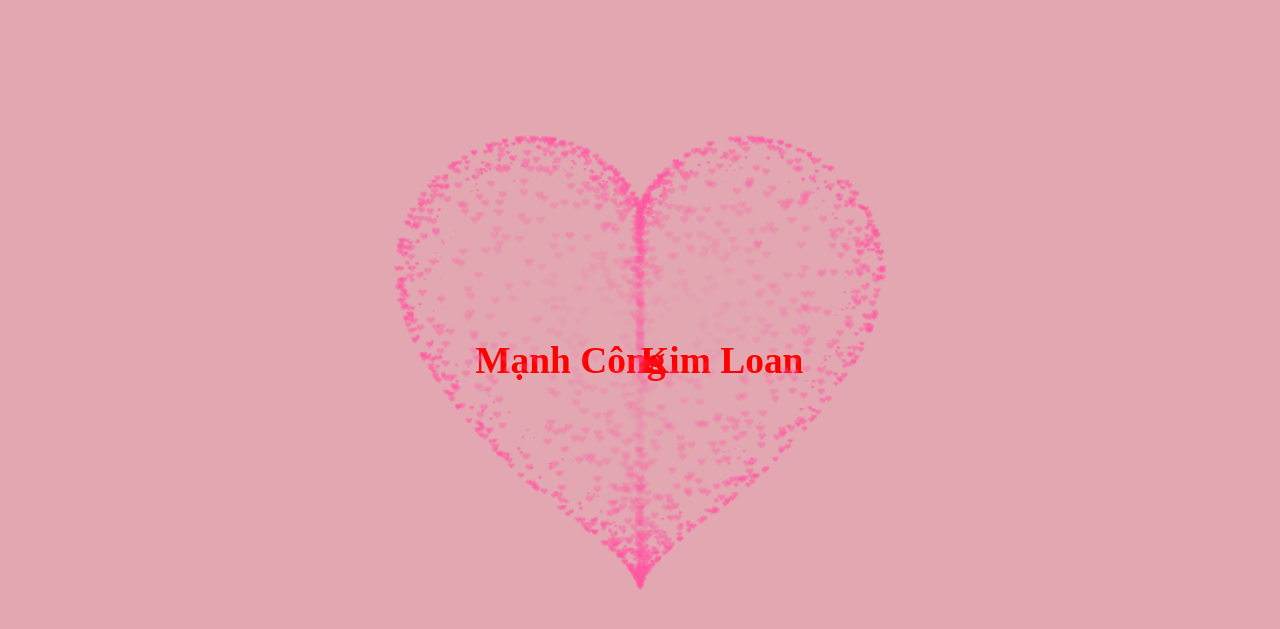
Repository: congbnvn0709/happy-valentine
Page: index.html
These files come from the project's save history. The page is drawn as it stood at one moment and after the next save; the edit follows.
The browser window is 1280 px wide. The pictures show the whole page.

Above is the page before, as saved 2023-01-30 23:24:56.

### index.html
<!DOCTYPE html PUBLIC "-//W3C//DTD HTML 4.0 Transitional//EN">
<html>
  <head>
    <title>Happy valentine day's</title>
    <meta name="Generator" content="EditPlus" />
    <meta name="Author" content="" />
    <meta name="Keywords" content="" />
    <meta name="Description" content="" />
    <link rel="stylesheet" type="text/css" href="style.css">
  </head>

  <body>
    <h1>Mạnh Công</h1>
    <h1>Kim Loan</h1>

    <div class="box">
      <canvas id="pinkboard"></canvas>
    </div>

    <script src="app.js"></script>
  </body>
</html>

### style.css
html,
body {
  height: 100%;
  padding: 0;
  margin: 0;
  background: rgb(227, 167, 177);
  display: flex;
  justify-content: center;
  align-items: center;
}

h1 {
  color: red;
}

.box {
  width: 100%;
  position: absolute;
  top: 50%;
  left: 50%;
  transform: translate(-50%, -50%);
  display: flex;
  flex-direction: column;
}

canvas {
  position: absolute;
  width: 100%;
  height: 100%;
}

#pinkboard {
  position: relative;
  margin: auto;
  height: 500px;
  width: 500px;
  animation: animate 2s infinite;
}

h1 {
  animation: animate 2s infinite;
}

#pinkboard:before,
#pinkboard:after {
  content: "";

  position: absolute;

  background: #ff5ca4;

  width: 100px;

  height: 160px;

  border-top-left-radius: 50px;

  border-top-right-radius: 50px;
}

#pinkboard:before {
  left: 100px;

  transform: rotate(-45deg);

  transform-origin: 0 100%;

  box-shadow: 0 14px 28px rgba(0, 0, 0, 0.25),
    0 10px 10px rgba(0, 0, 0, 0.22);
}

#pinkboard:after {
  left: 0;

  transform: rotate(45deg);

  transform-origin: 100% 100%;
}

@keyframes animate {
  0% {
    transform: scale(1);
  }

  30% {
    transform: scale(0.8);
  }

  60% {
    transform: scale(1.2);
  }

  100% {
    transform: scale(1);
  }
}

.title{
    color: red;
}

### app.js
var settings = {
    particles: {
      length: 2000,
      duration: 3,
      velocity: 100,
      effect: -1,
      size: 8,
    },
  };

  (function () {
    var b = 0;

    var c = ["ms", "moz", "webkit", "o"];

    for (var a = 0; a < c.length && !window.requestAnimationFrame; ++a) {
      window.requestAnimationFrame = window[c[a] + "RequestAnimationFrame"];

      window.cancelAnimationFrame =
        window[c[a] + "CancelAnimationFrame"] ||
        window[c[a] + "CancelRequestAnimationFrame"];
    }

    if (!window.requestAnimationFrame) {
      window.requestAnimationFrame = function (h, e) {
        var d = new Date().getTime();

        var f = Math.max(0, 16 - (d - b));

        var g = window.setTimeout(function () {
          h(d + f);
        }, f);

        b = d + f;

        return g;
      };
    }

    if (!window.cancelAnimationFrame) {
      window.cancelAnimationFrame = function (d) {
        clearTimeout(d);
      };
    }
  })();

  var Point = (function () {
    function Point(x, y) {
      this.x = typeof x !== "undefined" ? x : 0;

      this.y = typeof y !== "undefined" ? y : 0;
    }

    Point.prototype.clone = function () {
      return new Point(this.x, this.y);
    };

    Point.prototype.length = function (length) {
      if (typeof length == "undefined")
        return Math.sqrt(this.x * this.x + this.y * this.y);

      this.normalize();

      this.x *= length;

      this.y *= length;

      return this;
    };

    Point.prototype.normalize = function () {
      var length = this.length();

      this.x /= length;

      this.y /= length;

      return this;
    };

    return Point;
  })();

  var Particle = (function () {
    function Particle() {
      this.position = new Point();

      this.velocity = new Point();

      this.acceleration = new Point();

      this.age = 0;
    }

    Particle.prototype.initialize = function (x, y, dx, dy) {
      this.position.x = x;

      this.position.y = y;

      this.velocity.x = dx;

      this.velocity.y = dy;

      this.acceleration.x = dx * settings.particles.effect;

      this.acceleration.y = dy * settings.particles.effect;

      this.age = 0;
    };

    Particle.prototype.update = function (deltaTime) {
      this.position.x += this.velocity.x * deltaTime;

      this.position.y += this.velocity.y * deltaTime;

      this.velocity.x += this.acceleration.x * deltaTime;

      this.velocity.y += this.acceleration.y * deltaTime;

      this.age += deltaTime;
    };

    Particle.prototype.draw = function (context, image) {
      function ease(t) {
        return --t * t * t + 1;
      }

      var size = image.width * ease(this.age / settings.particles.duration);

      context.globalAlpha = 1 - this.age / settings.particles.duration;

      context.drawImage(
        image,

        this.position.x - size / 2,

        this.position.y - size / 2,

        size,

        size
      );
    };

    return Particle;
  })();

  var ParticlePool = (function () {
    var particles,
      firstActive = 0,
      firstFree = 0,
      duration = settings.particles.duration;

    function ParticlePool(length) {
      particles = new Array(length);

      for (var i = 0; i < particles.length; i++)
        particles[i] = new Particle();
    }

    ParticlePool.prototype.add = function (x, y, dx, dy) {
      particles[firstFree].initialize(x, y, dx, dy);

      firstFree++;

      if (firstFree == particles.length) firstFree = 0;

      if (firstActive == firstFree) firstActive++;

      if (firstActive == particles.length) firstActive = 0;
    };

    ParticlePool.prototype.update = function (deltaTime) {
      var i;

      if (firstActive < firstFree) {
        for (i = firstActive; i < firstFree; i++)
          particles[i].update(deltaTime);
      }

      if (firstFree < firstActive) {
        for (i = firstActive; i < particles.length; i++)
          particles[i].update(deltaTime);

        for (i = 0; i < firstFree; i++) particles[i].update(deltaTime);
      }

      while (
        particles[firstActive].age >= duration &&
        firstActive != firstFree
      ) {
        firstActive++;

        if (firstActive == particles.length) firstActive = 0;
      }
    };

    ParticlePool.prototype.draw = function (context, image) {
      if (firstActive < firstFree) {
        for (i = firstActive; i < firstFree; i++)
          particles[i].draw(context, image);
      }

      if (firstFree < firstActive) {
        for (i = firstActive; i < particles.length; i++)
          particles[i].draw(context, image);

        for (i = 0; i < firstFree; i++) particles[i].draw(context, image);
      }
    };

    return ParticlePool;
  })();

  (function (canvas) {
    var context = canvas.getContext("2d"),
      particles = new ParticlePool(settings.particles.length),
      particleRate =
        settings.particles.length / settings.particles.duration,
      time;

    function pointOnHeart(t) {
      return new Point(
        160 * Math.pow(Math.sin(t), 3),

        130 * Math.cos(t) -
          50 * Math.cos(2 * t) -
          20 * Math.cos(3 * t) -
          10 * Math.cos(4 * t) +
          25
      );
    }

    var image = (function () {
      var canvas = document.createElement("canvas"),
        context = canvas.getContext("2d");

      canvas.width = settings.particles.size;

      canvas.height = settings.particles.size;

      function to(t) {
        var point = pointOnHeart(t);

        point.x =
          settings.particles.size / 2 +
          (point.x * settings.particles.size) / 350;

        point.y =
          settings.particles.size / 2 -
          (point.y * settings.particles.size) / 350;

        return point;
      }

      context.beginPath();

      var t = -Math.PI;

      var point = to(t);

      context.moveTo(point.x, point.y);

      while (t < Math.PI) {
        t += 0.01;

        point = to(t);

        context.lineTo(point.x, point.y);
      }

      context.closePath();

      context.fillStyle = "#FF5CA4";

      context.fill();

      var image = new Image();

      image.src = canvas.toDataURL();

      return image;
    })();

    function render() {
      requestAnimationFrame(render);

      var newTime = new Date().getTime() / 1000,
        deltaTime = newTime - (time || newTime);

      time = newTime;

      context.clearRect(0, 0, canvas.width, canvas.height);

      var amount = particleRate * deltaTime;

      for (var i = 0; i < amount; i++) {
        var pos = pointOnHeart(Math.PI - 2 * Math.PI * Math.random());

        var dir = pos.clone().length(settings.particles.velocity);

        particles.add(
          canvas.width / 2 + pos.x,

          canvas.height / 2 - pos.y,

          dir.x,

          -dir.y
        );
      }

      particles.update(deltaTime);

      particles.draw(context, image);
    }

    function onResize() {
      canvas.width = canvas.clientWidth;

      canvas.height = canvas.clientHeight;
    }

    window.onresize = onResize;

    setTimeout(function () {
      onResize();

      render();
    }, 10);
  })(document.getElementById("pinkboard"));

After the next save:
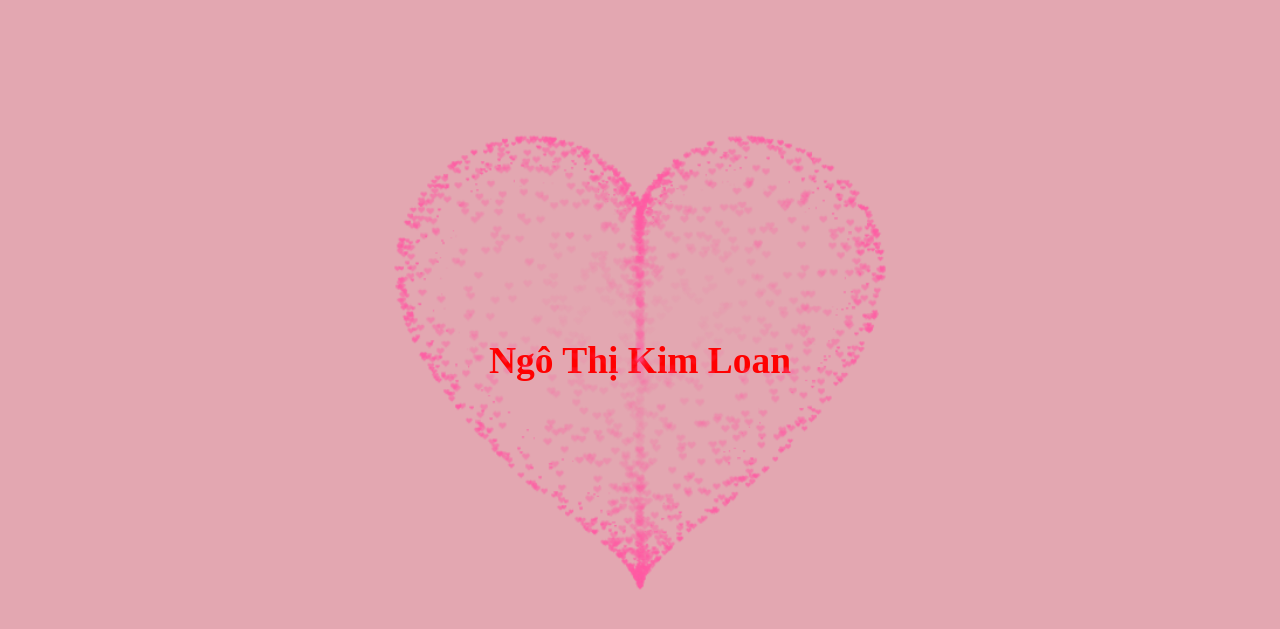
Saved 6 s later.
--- a/index.html
+++ b/index.html
@@ -10,8 +10,7 @@
   </head>
 
   <body>
-    <h1>Mạnh Công</h1>
-    <h1>Kim Loan</h1>
+    <h1>Ngô Thị Kim Loan</h1>
 
     <div class="box">
       <canvas id="pinkboard"></canvas>
